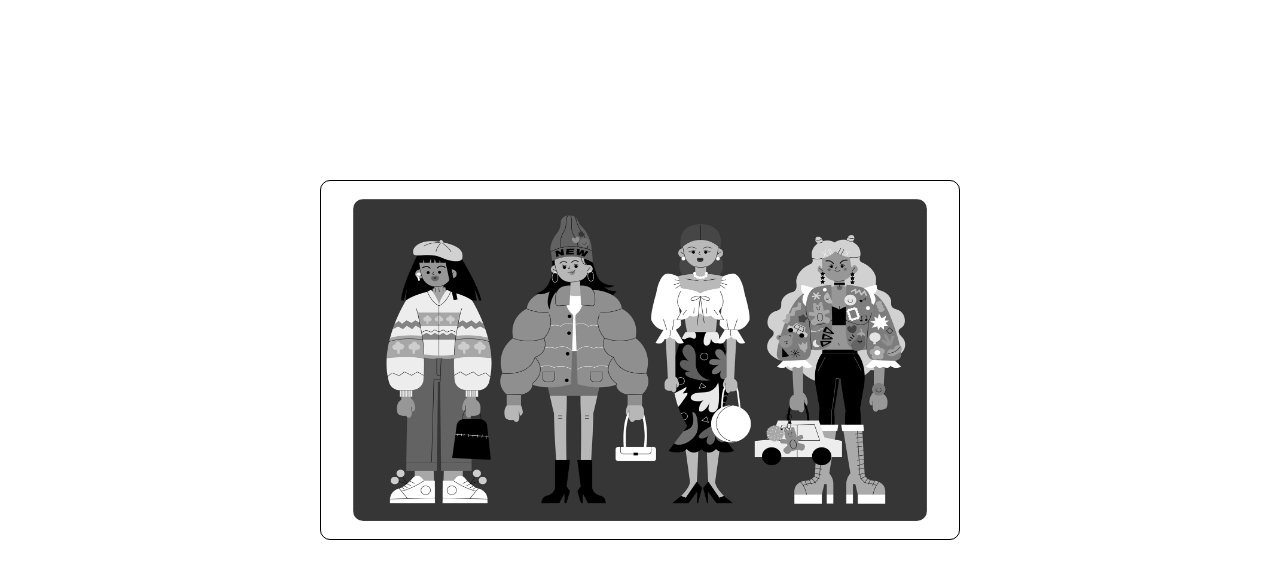
Repository: beva3/javaScrypt
Page: claire-dark/filter-grayscale.html
These files come from the project's save history. The page is drawn as it stood at one moment and after the next save; the edit follows.
The browser window is 1280 px wide. The pictures show the whole page.

Above is the page before, as saved 2024-05-10 13:07:44.

### claire-dark/filter-grayscale.html
<!DOCTYPE html>
<html lang="en">
<head>
    <style>
        *{
            padding:0;
            margin: 0;
            box-sizing: border-box;
        }
        body {
            height: 100vh;
            display: flex;
            align-items: center;
            justify-content: center;
            .img{
                position: relative;
                display: flex;
                flex-direction: column;
                align-items: center;
                justify-content: center;
                width: 50vw;
                height: 50vh;
                border: 1px solid black;
                border-radius: 10px;
                img{
                    width: 90%;
                    height: 90%;
                    border-radius: 10px;
                    position: absolute;
                    filter: grayscale(1); /*noir et blanc*/
                    transition: 0.9s;
                    p{
                        position: absolute;
                    }
                }
            }
        }
    </style>
    <meta charset="UTF-8">
    <meta name="viewport" content="width=device-width, initial-scale=1.0">
    <title>grayscal</title>
</head>
<body>
    <div class="img">
        <img src="./img.png" alt="img">
        <p>filter: grayscale(1)</p>
    </div>
</body>
</html>

After the next save:
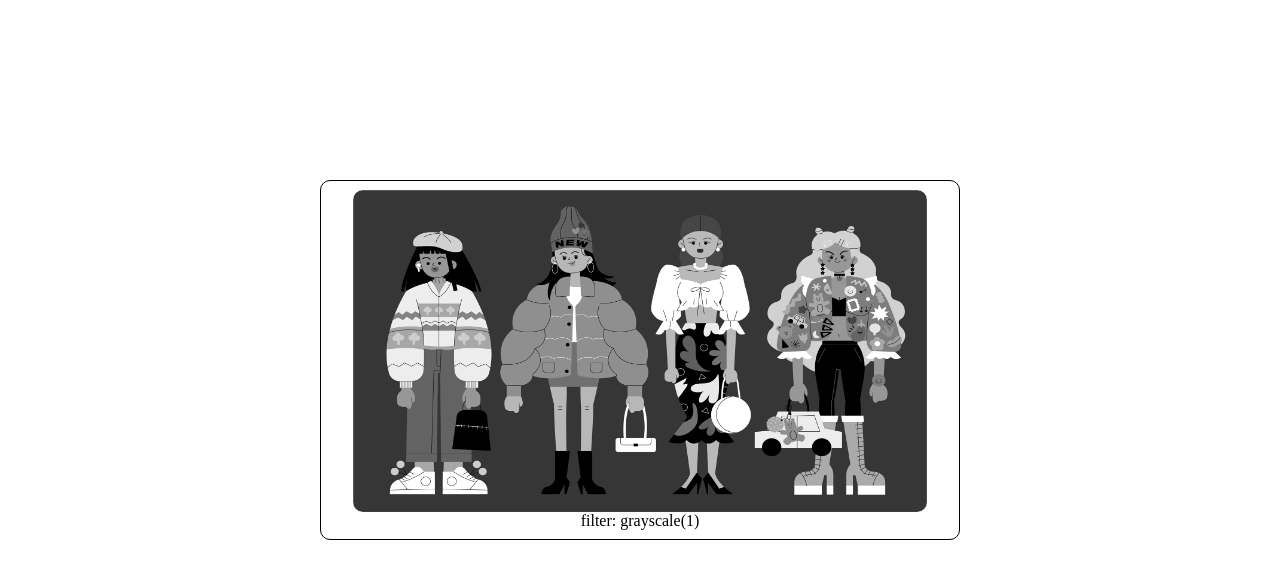
Saved 37 s later.
--- a/claire-dark/filter-grayscale.html
+++ b/claire-dark/filter-grayscale.html
@@ -26,12 +26,9 @@
                     width: 90%;
                     height: 90%;
                     border-radius: 10px;
-                    position: absolute;
+
                     filter: grayscale(1); /*noir et blanc*/
                     transition: 0.9s;
-                    p{
-                        position: absolute;
-                    }
                 }
             }
         }
